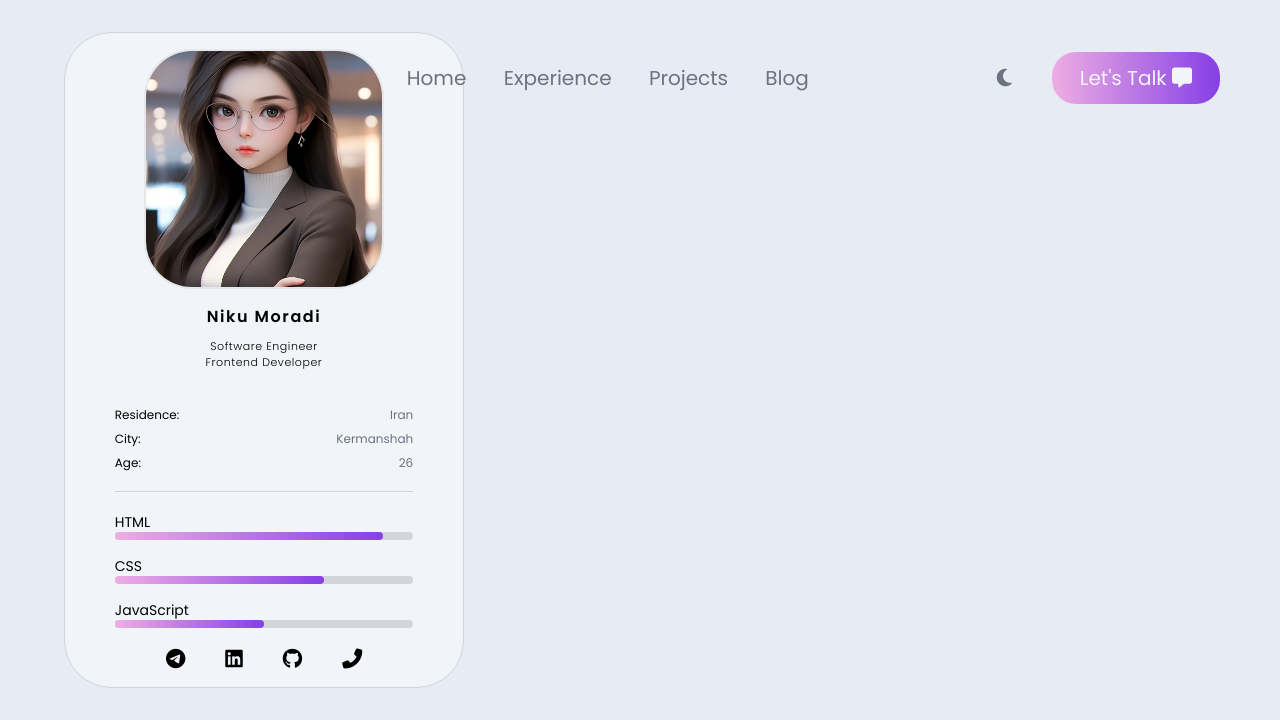
Repository: NikuMoradi/niku-moradi
Page: /
The author's editor kept a copy of each file at every save. The page is drawn from the files as they stood at one save, then again after a run of saves.
The browser window is 1280 px wide. The pictures show the whole page.
The project was rebuilt for these pictures with package versions that can differ from the ones it lists, and the page was loaded fresh each time. The framework's server and built-in components were replaced by stand-ins that run in the browser. Also part of the build but not shown: nuxt.config.ts, components/Blog Posts/Component-Design.vue, components/Blog.vue, components/Contact.vue, components/Education.vue, components/Experience.vue, components/Hero.vue, components/Menu.vue and 3 more.

Above is the page before, as saved 2024-12-01 12:04:24.

After the next 2 saves:
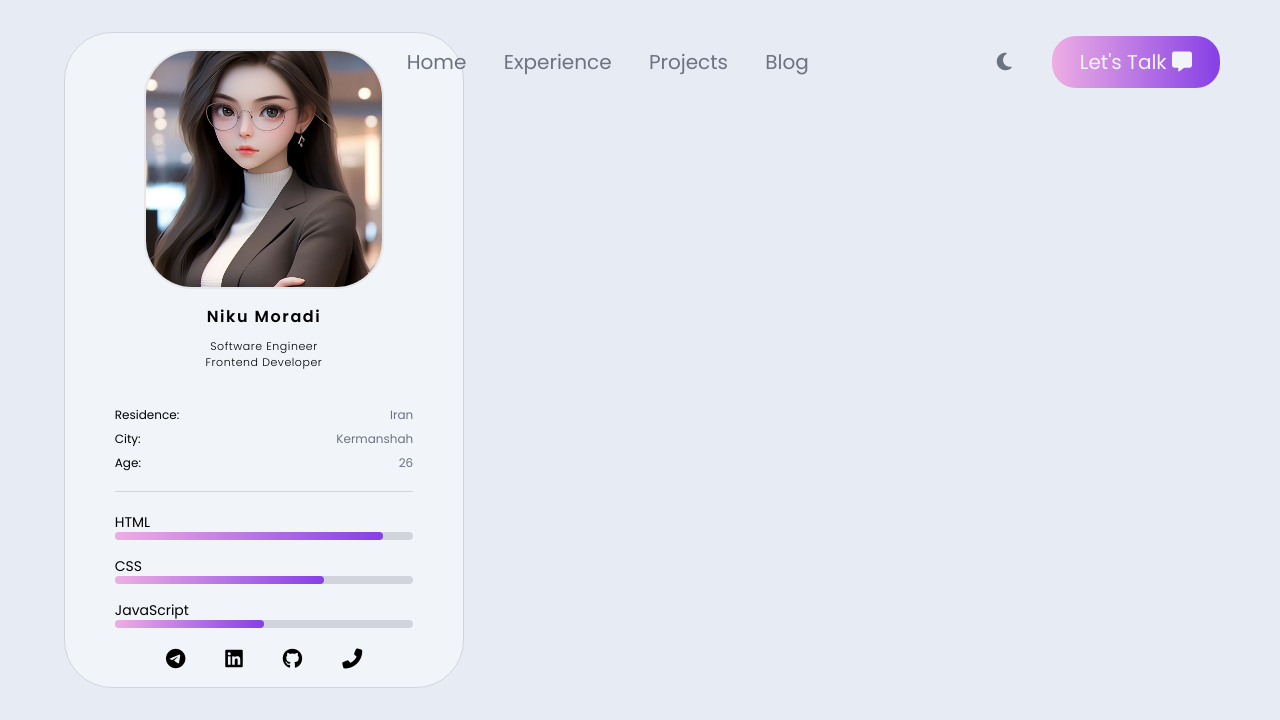
The 2 saves are shown as one change because they came seconds apart.
The last was saved 7 s later.
--- a/components/Navbar.vue
+++ b/components/Navbar.vue
@@ -1,6 +1,6 @@
 <template>
   <div
-    class="flex items-center justify-between px-3 py-1 space-x-12 fixed top-12 right-12 w-2/3"
+    class="flex items-center justify-between px-3 py-1 space-x-12 fixed top-8 right-12 w-2/3"
   >
     <!-- Menu Buttons -->
     <div>
